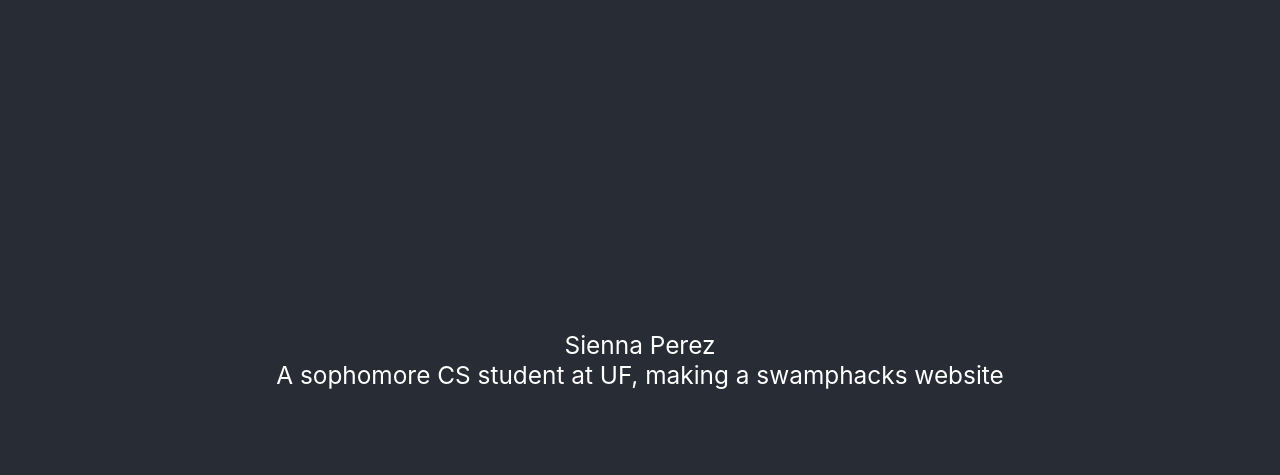
Repository: kaylainoa/Swamphacks
Page: /
These files come from the project's save history. The page is drawn as it stood at one moment and after the next save; the edit follows.
The browser window is 1280 px wide. The pictures show the whole page.
The project was rebuilt for these pictures with package versions that can differ from the ones it lists, and the page was loaded fresh each time.

Above is the page before, as saved 2025-01-23 18:20:30.

After the next save:
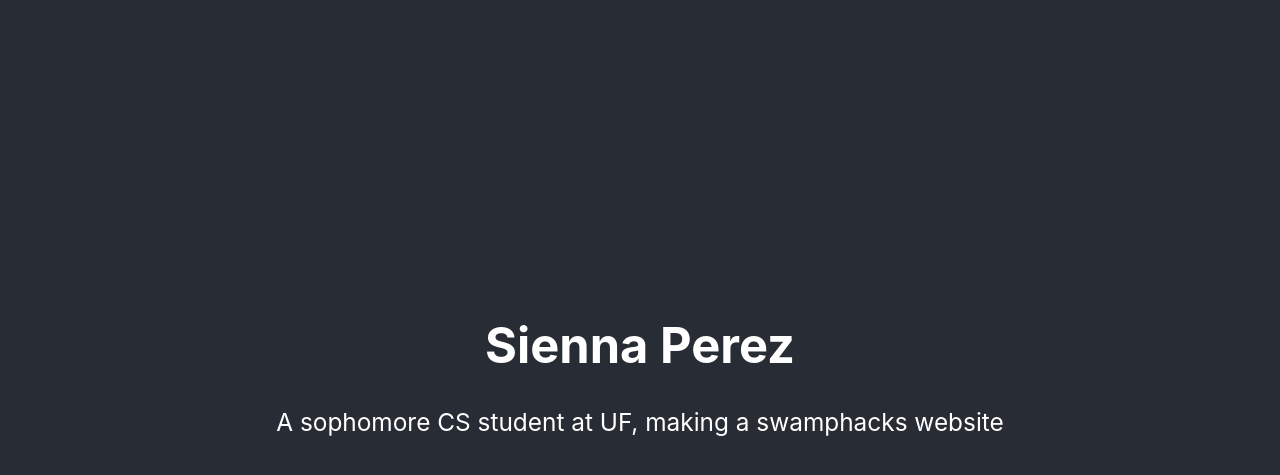
Saved 53 s later.
--- a/src/App.js
+++ b/src/App.js
@@ -5,8 +5,9 @@
   return (
     <div className="App">
       <header className="App-header">
-        <hi>Sienna Perez</hi>
+        <h1>Sienna Perez</h1>
         <div>A sophomore CS student at UF, making a swamphacks website</div>
+
       </header>
     </div>
   );
